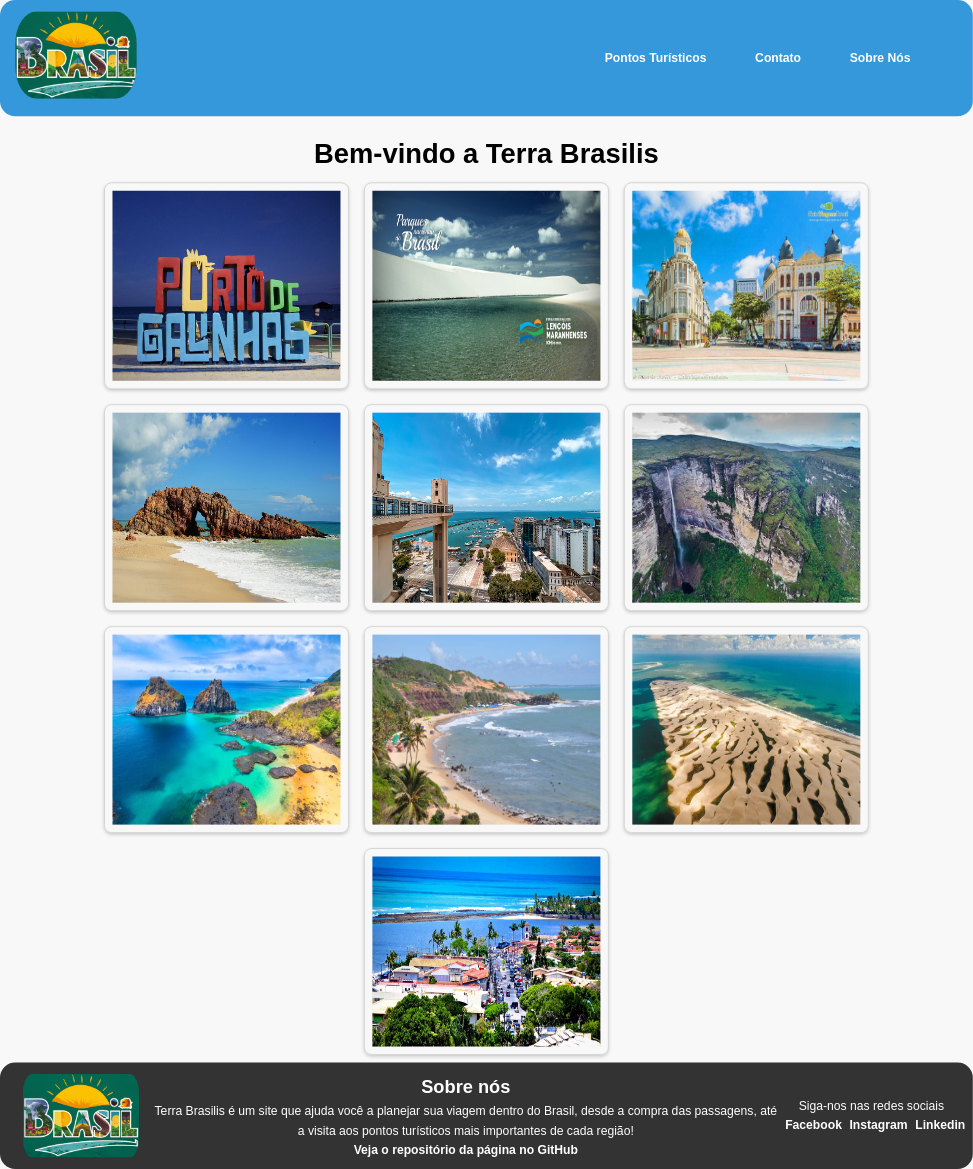
Repository: rodrigototy/ETE-PE
Page: tourism-agency/index.html
These files come from the project's save history. The page is drawn as it stood at one moment and after a run of saves; the edit follows.
The browser window is 1280 px wide. The pictures show the whole page, at 76% of full size.

Above is the page before, as saved 2024-04-04 23:12:23.

### tourism-agency/index.html
<!DOCTYPE html>
<html lang="pt-BR">
  <head>
    <meta charset="UTF-8" />
    <meta name="viewport" content="width=device-width, initial-scale=1.0" />
    <link
      rel="shortcut icon"
      href="static/img/favicon.ico"
      type="image/x-icon"
    />
    <link rel="stylesheet" href="static/css/style-index.css" />
    <title>Pontos Turísticos no Nordeste</title>
    <script src="static/js/main.js" defer></script>
  </head>
  <body>
    <div id="header"></div>
    <main>
      <div class="subtitle">
        <h1>Bem-vindo a Terra Brasilis</h1>
      </div>
      <div class="cards">
        <div class="card">
          <img
            src="static/img/porto-de-galinhas.jpg"
            alt="Praia de Porto de Galinhas"
          />
        </div>

        <div class="card">
          <img
            src="static/img/parque_lencois.jpg"
            alt="Parque Nacional dos Lençóis Maranhenses"
          />
        </div>

        <div class="card">
          <img src="static/img/recife-antigo.jpg" alt="Recife Antigo" />
        </div>

        <div class="card">
          <img
            src="static/img/praia-jericoacoara.jpeg"
            alt="Praia de Jericoacoara"
          />
        </div>

        <div class="card">
          <img
            src="static/img/centro-salvador.jpg"
            alt="Centro Histórico de Salvador"
          />
        </div>

        <div class="card">
          <img
            src="static/img/chapada-diamantina.jpg"
            alt="Chapada Diamantina"
          />
        </div>

        <div class="card">
          <img
            src="static/img/fernando-de-noronha.jpg"
            alt="Fernando de Noronha"
          />
        </div>

        <div class="card">
          <img src="static/img/praia-de-pipa.jpg" alt="Praia de Pipa" />
        </div>

        <div class="card">
          <img src="static/img/delta-do-parnaíba.jpg" alt="Delta do Parnaíba" />
        </div>

        <div class="card">
          <img src="static/img/porto-seguro.jpg" alt="Porto Seguro" />
        </div>
      </div>
    </main>
    <div id="footer"></div>
  </body>
</html>

### tourism-agency/static/css/style-index.css
/* Reset de estilos padrão */
@import url('modules/module-reset.css');

/* Estilos globais */
@import url('modules/module-global.css');

/* Estilizar o header */
@import url('modules/module-header.css');

/* Estilizar o footer */
@import url('modules/module-footer.css');

/* Estilizar o h1 do main */
@import url('modules/module-main.css');

/* Estilizar os cards */
@import url('modules/module-cards.css');

### tourism-agency/static/js/main.js
document.addEventListener("DOMContentLoaded", function () {
  const header = document.getElementById("header");
  const footer = document.getElementById("footer");

  // Carrega o header
  fetch("static/templates/main/header.html")
    .then((response) => response.text())
    .then((data) => {
      header.innerHTML = data;
    });

  // Carrega o footer
  fetch("static/templates/main/footer.html")
    .then((response) => response.text())
    .then((data) => {
      footer.innerHTML = data;
    });
});

### tourism-agency/static/css/modules/module-reset.css
/* Reset de estilos padrão */
* {
    margin: 0;
    padding: 0;
    box-sizing: border-box;
  }

### tourism-agency/static/css/modules/module-global.css
/* Estilos globais */
body {
    font-family: Arial, sans-serif;
    background-color: #f8f8f8;
    line-height: 1.6;
    margin: 0;
  }

  .container {
    max-width: 1200px;
    margin: 0 auto;
    padding: 20px;
    border-radius: 20px;
  }

### tourism-agency/static/css/modules/module-header.css
/* Estilizar o header */
header {
  background-color: #3498db;
  color: #fff;
  padding: 10px 0;
  border-radius: 20px;
  display: flex;
  justify-content: space-between;
  align-items: center;
  max-width: 1400px;
}

header img {
  max-width: 100%;
  height: auto;
  padding: 5px 20px;
  border-radius: 3rem;
}

nav {
  padding: 10px 50px;
}

nav ul {
  list-style: none;
  display: flex;
  display: flex;
  justify-self: center;
  margin: 0;
}

nav ul li {
  margin-left: 20px;
  text-align: center;
  margin: 2rem;
}

nav ul li a {
  text-decoration: none;
  color: #fff;
  font-weight: bold;
}

### tourism-agency/static/css/modules/module-footer.css
/* Estilizar o footer */
footer {
  background-color: #333;
  color: #fff;
  text-align: center;
  padding: 10px;
  display: flex;
  flex-direction: column;
  border-radius: 20px;
  max-width: 1400px;
}

footer img {
  padding: 5px 20px;
  border-radius: 3rem;
}

footer p {
  margin: 0px;
}

footer a {
  text-decoration: none;
  color: #fff;
  font-weight: bold;
}

footer ul {
  list-style: none;
  display: flex;
  justify-content: flex-end;
}

footer li {
  margin-left: 10px;
}

.about {
  display: flex;
  align-items: center;
}

.about img {
  border-radius: 2rem;
}

### tourism-agency/static/css/modules/module-main.css
/* Estilizar o h1 do main */
main h1 {
    font-size: 36px;
    margin: 20px 0 0 0;
    text-align: center;
  }

  main {
    display: flex;
    flex-direction: column;
    max-width: 1400px;
  }

### tourism-agency/static/css/modules/module-cards.css
/* Estilizar os cards */
.cards {
  display: flex;
  flex-wrap: wrap;
  justify-content: center;
}

.card {
  display: flex;
  border: 1px solid #ccc;
  padding: 10px;
  margin: 10px;
  box-shadow: 0 2px 5px rgba(0, 0, 0, 0.2);
  border-radius: 10px;
}

.card img {
  max-width: 300px;
  height: 250px;
}

### tourism-agency/static/templates/main/header.html
<header>
  <a href="index.html">
    <img
      src="static/img/logo-agency.png"
      alt="Logotipo Terra Brasilis"
      width="200"
    />
  </a>
  <nav>
    <ul>
      <li><a href="pages/pontos_turisticos.html">Pontos Turísticos</a></li>
      <li><a href="pages/contato.html">Contato</a></li>
      <li><a href="pages/about.html">Sobre Nós</a></li>
    </ul>
  </nav>
</header>

### tourism-agency/static/templates/main/footer.html
<footer>
  <div class="about">
    <img
      src="static/img/logo-agency.png"
      alt="Logotipo Terra Brasilis"
      height="120"
    />
    <div>
      <h2>Sobre nós</h2>
      <p>
        Terra Brasilis é um site que ajuda você a planejar sua viagem dentro do
        Brasil, desde a compra das passagens, até a visita aos pontos turísticos
        mais importantes de cada região!
      </p>
      <a
        class="repository"
        href="https://github.com/rodrigototy/ETE-PE/tree/main/tourism-agency"
        >Veja o repositório da página no GitHub</a
      >
    </div>
    <div class="redes">
      <p>Siga-nos nas redes sociais</p>
      <ul>
        <li><a href="https://facebook.com">Facebook</a></li>
        <li><a href="https://instagram.com">Instagram</a></li>
        <li><a href="https://linkedin.com">Linkedin</a></li>
      </ul>
    </div>
  </div>
</footer>

After the next 3 saves:
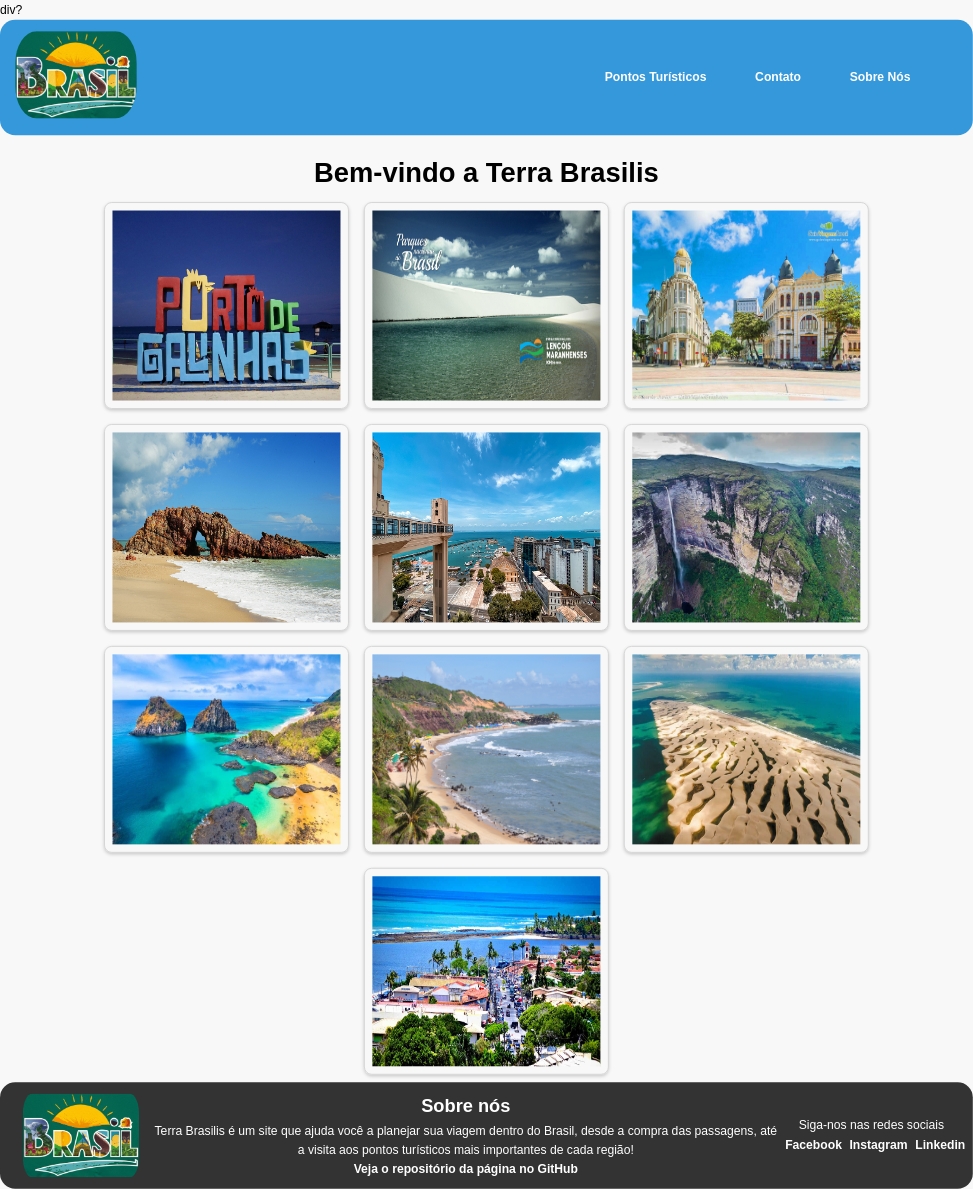
The 3 saves are shown as one change because they came seconds apart.
The last was saved 24 s later.
--- a/tourism-agency/index.html
+++ b/tourism-agency/index.html
@@ -13,6 +13,7 @@
     <script src="static/js/main.js" defer></script>
   </head>
   <body>
+    div?
     <div id="header"></div>
     <main>
       <div class="subtitle">
